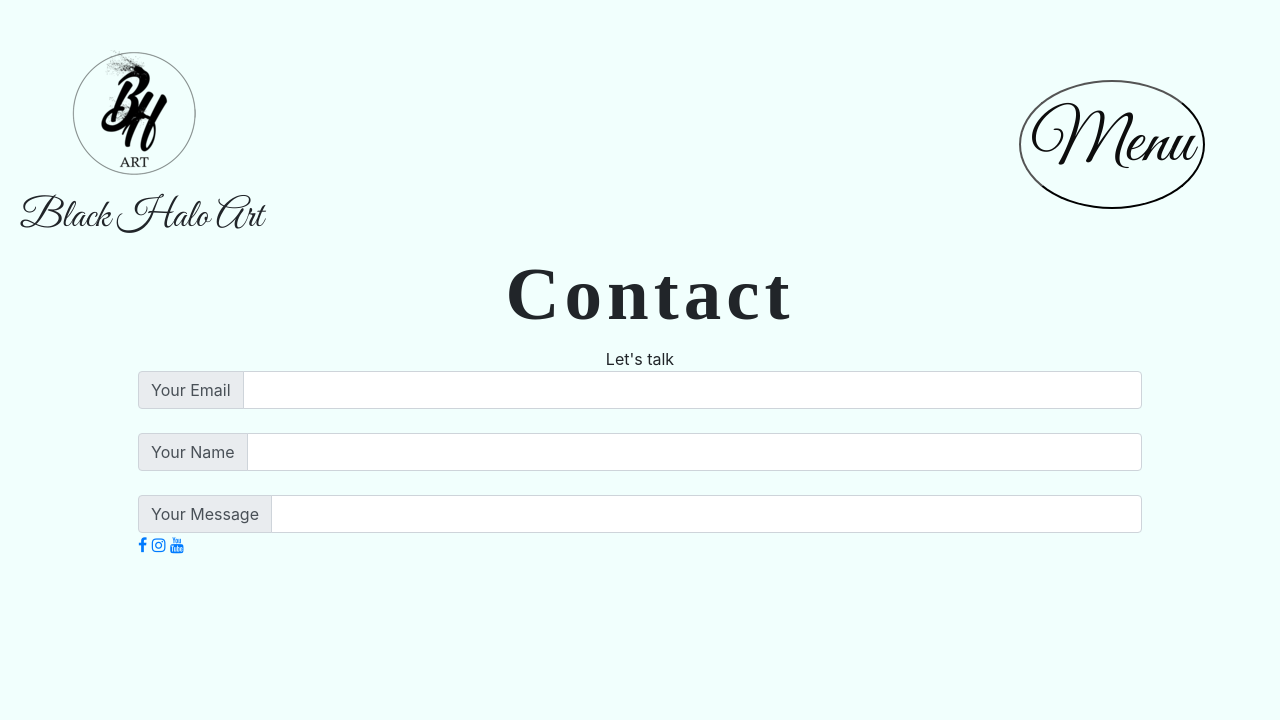
Repository: Cosy-Chaos/project-time
Page: contact.html
The author's editor kept a record of every edit. The page is drawn from the files as they stood at one moment, then again after the next edit.
The browser window is 1280 px wide. The pictures show the whole page.
Some web fonts or font styles are not loaded; a fallback is used.

Above is the page before.

After the next edit:
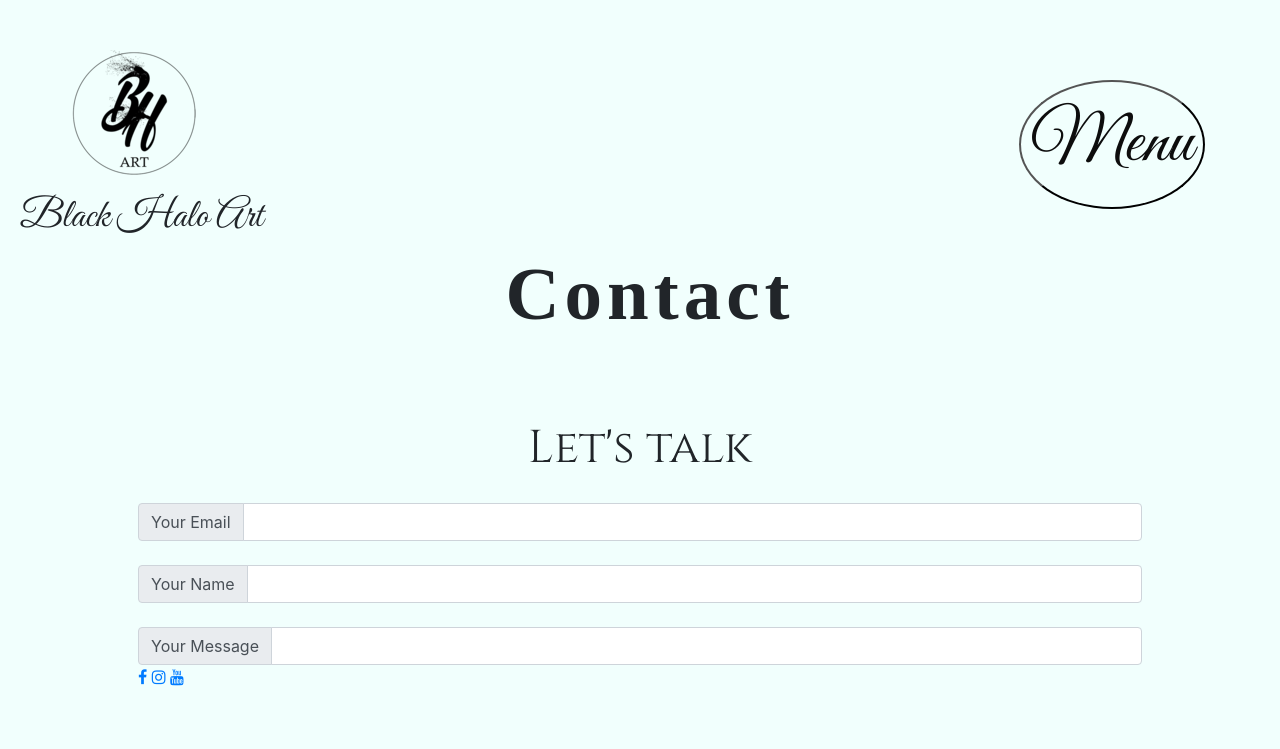
The edit:
--- a/assets/style_contact.css
+++ b/assets/style_contact.css
@@ -142,3 +142,18 @@
 .text-center {
     text-align: center;
 }
+
+.contact-main {
+    padding-top: 2.9375rem;
+}
+
+h1, h2, h3, h4, .title-font {
+    font-family: 'Cinzel', serif;
+}
+.contact-title {
+    font-size: 2.875rem;
+    margin-top: 1.25rem;
+    margin-bottom: 1.25rem;
+    color: var(--site-title-color);
+    text-align: center;
+}
